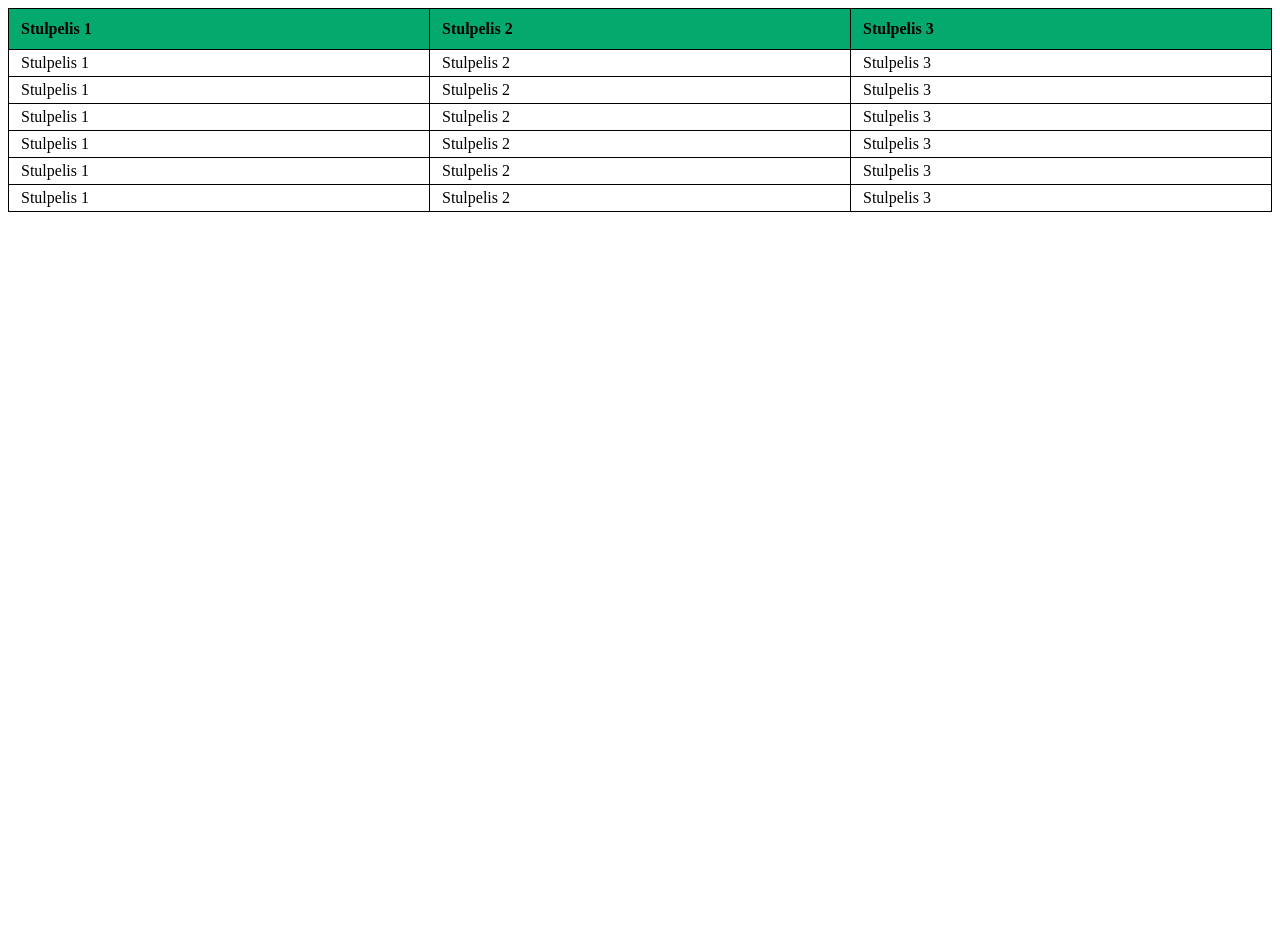
Repository: motiejus1/10-paskaita-05.31
Page: index.html
The author's editor kept a copy of each file at every save. The page is drawn from the files as they stood at one save, then again after a run of saves.
The browser window is 1280 px wide. The pictures show the part of the page from y = 0 to 952 px (the page is 3220 px tall).
Backgrounds fixed to the window are drawn as part of the page.

Above is the page before, as saved 2021-06-16 20:00:22.

### index.html
<!DOCTYPE html>
<html lang="en">
<head>
    <meta charset="UTF-8">
    <meta http-equiv="X-UA-Compatible" content="IE=edge">
    <meta name="viewport" content="width=device-width, initial-scale=1.0">
    <title>10 paskaita</title>

    <style>
        .container {
            width: 100%;
            height: 1800px;
        }


        /* Fono spalvos */

        .fonas-spalva {
            background-color: green;
            opacity: 0.7;
        }

        .fonas {
            background-color: #657AD3;
            opacity: 0.7;
        }

        .fonas-rgb {
            background-color:rgb(101, 122, 211);
            opacity: 0.7;
        }

        .fonas-rgba {
            background-color:rgba(101, 122, 211, 0.7);
        }

        /* Paveiksliukas kaip fonas */
        .paveiksliukas {
            height: 100%;
            background-image: url("https://images.unsplash.com/photo-1593642531955-b62e17bdaa9c?ixid=MnwxMjA3fDF8MHxwaG90by1wYWdlfHx8fGVufDB8fHx8&ixlib=rb-1.2.1&auto=format&fit=crop&w=750&q=80");
            background-color:grey;
            background-repeat: no-repeat;
            opacity: 0.7;
            background-attachment: fixed;
            /* background-position: 5px 5px; */
            /* background-position: center center; */
            /* background-size: 100% 100%; */
            /* background-size: contain; background-size: 100% */
            /* background-size: cover; */


        }

        table {
            border: 1px solid black;
            margin-bottom: 1200px;
            width: 100%;
            border-collapse: collapse;
        }


        td, th {
            border: 1px solid black;
            padding-left: 12px;
        }

        th {
            text-align: left;
            padding-top: 11px;
            padding-bottom: 11px;
            background-color: #04AA6D;
        }

        td {
            padding-top: 4px;
            padding-bottom: 4px;
        }

        tr:nth-child() {
            background-color: #ddd;
        }
    </style>
</head>
<body>

    <table>
        <tr>
            <th>Stulpelis 1</th>
            <th>Stulpelis 2</th>
            <th>Stulpelis 3</th>
        </tr>
        <tr>
            <td>Stulpelis 1</td>
            <td>Stulpelis 2</td>
            <td>Stulpelis 3</td>
        </tr>
        <tr>
            <td>Stulpelis 1</td>
            <td>Stulpelis 2</td>
            <td>Stulpelis 3</td>
        </tr>
        <tr>
            <td>Stulpelis 1</td>
            <td>Stulpelis 2</td>
            <td>Stulpelis 3</td>
        </tr>
        <tr>
            <td>Stulpelis 1</td>
            <td>Stulpelis 2</td>
            <td>Stulpelis 3</td>
        </tr>
        <tr>
            <td>Stulpelis 1</td>
            <td>Stulpelis 2</td>
            <td>Stulpelis 3</td>
        </tr>
        <tr>
            <td>Stulpelis 1</td>
            <td>Stulpelis 2</td>
            <td>Stulpelis 3</td>
        </tr>
    </table>

    <div class="container fonas-rgba">
        <div class="paveiksliukas">
            Tekstas
        </div>
    </div>
</body>
</html>

After the next 2 saves:
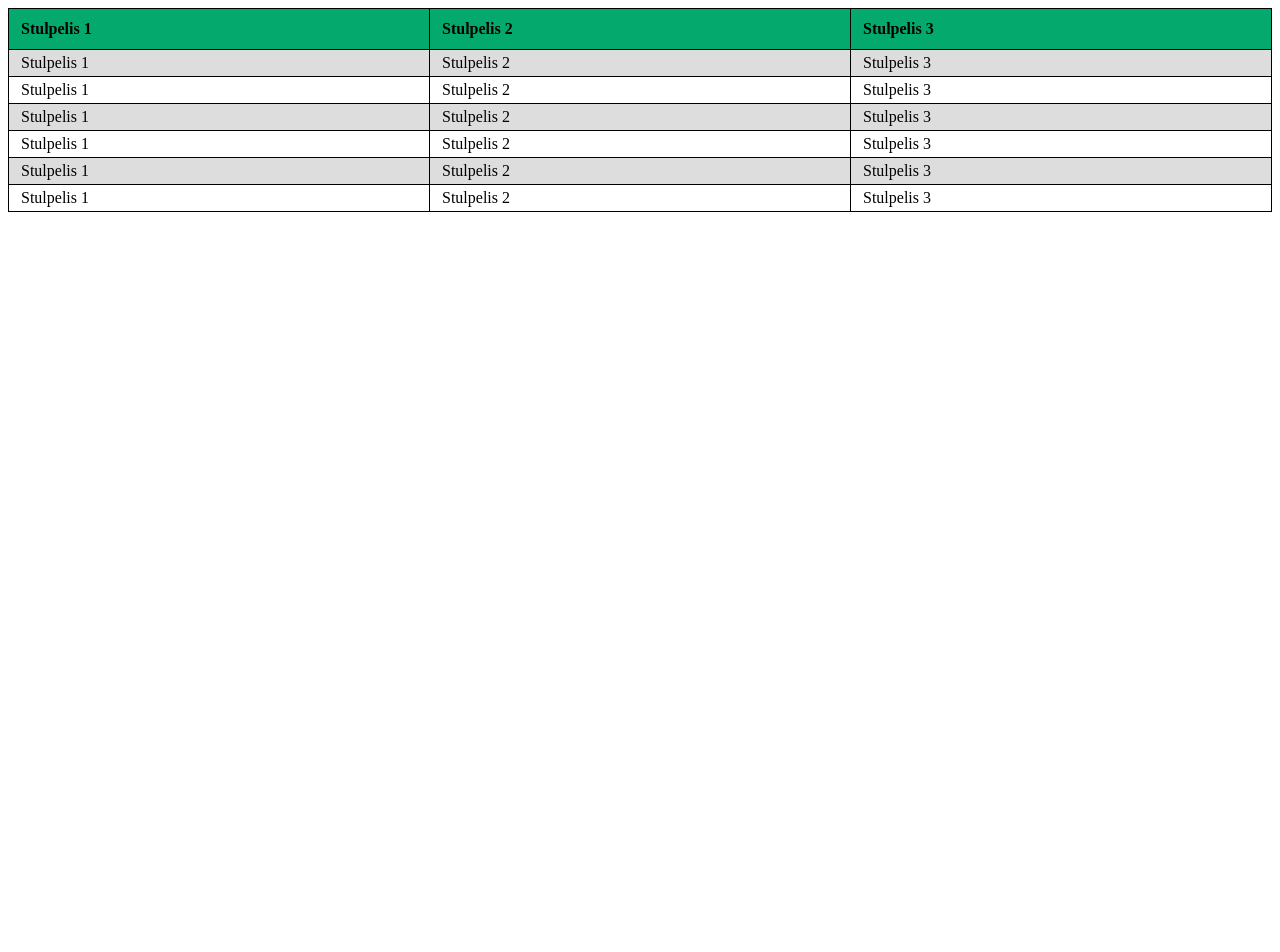
The 2 saves are shown as one change because they came seconds apart.
The last was saved 13 s later.
--- a/index.html
+++ b/index.html
@@ -76,7 +76,7 @@
             padding-bottom: 4px;
         }
 
-        tr:nth-child() {
+        tr:nth-child(even) {
             background-color: #ddd;
         }
     </style>
